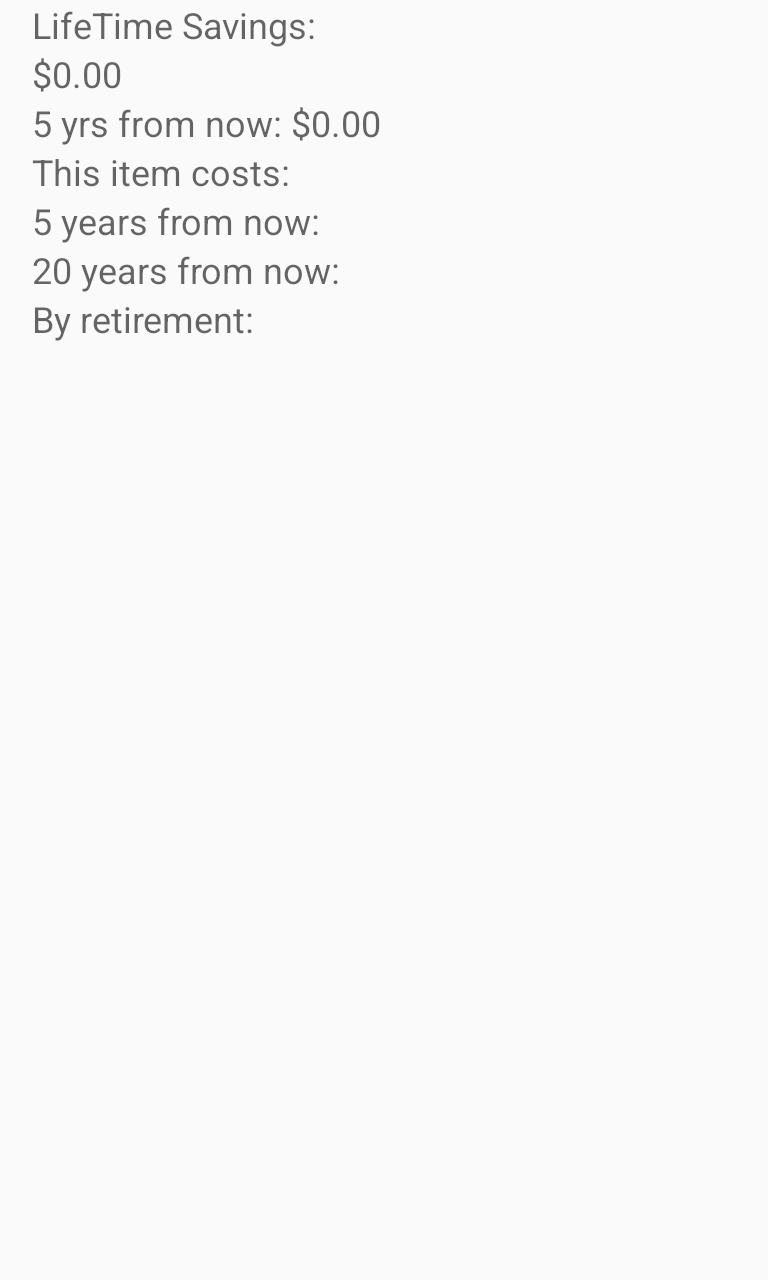
Repository: aallev11/saveit
Layout: ShouldISaveIt/res/layout/lifetimevalue.xml
An editor plug-in stored every save of this project. The layout is shown before and after the next save, followed by the edit.
It is drawn on a 768 x 1280 px phone screen (xhdpi) without system bars, with theme AppTheme; the app's code is not run.

Above is the layout before, as saved 2014-03-30 12:48:38.

After the next save:
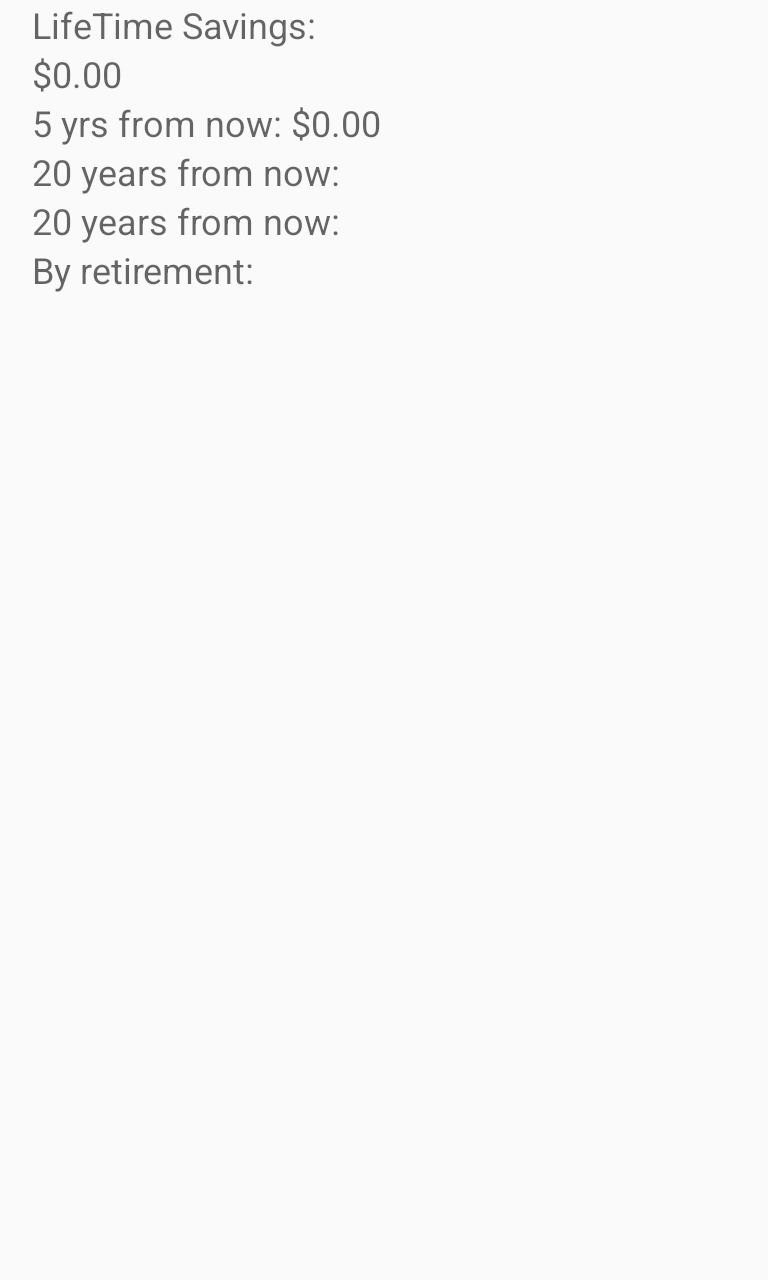
Saved 59 s later.
--- a/ShouldISaveIt/res/layout/lifetimevalue.xml
+++ b/ShouldISaveIt/res/layout/lifetimevalue.xml
@@ -43,13 +43,6 @@
 
 
         </LinearLayout>
-
-        <TextView
-            android:layout_width="fill_parent"
-            android:layout_height="wrap_content"
-            android:text="This item costs:  "
-            android:textAppearance="?android:attr/textAppearanceMedium" />
-
         <LinearLayout
             android:layout_width="fill_parent"
             android:layout_height="wrap_content"
@@ -58,11 +51,11 @@
             <TextView
                 android:layout_width="wrap_content"
                 android:layout_height="wrap_content"
-                android:text="5 years from now:  "
+                android:text="20 years from now:   "
                 android:textAppearance="?android:attr/textAppearanceMedium" />
 
             <TextView
-                android:id="@+id/edit5years"
+                android:id="@+id/twentyYearsLifetimeSavings"
                 android:layout_width="match_parent"
                 android:layout_height="wrap_content"
                 android:ems="10"
